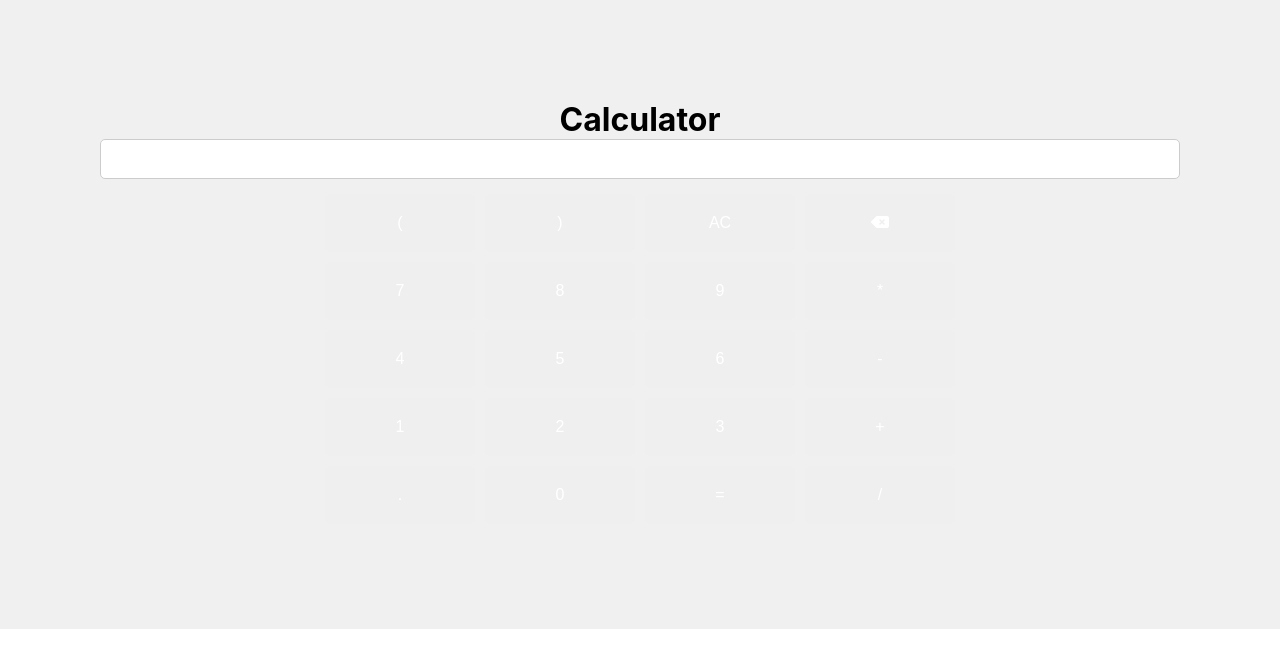
Repository: thesaherriaz/Calculator-React
Page: /
These files come from the project's save history. The page is drawn as it stood at one moment and after the next save; the edit follows.
The browser window is 1280 px wide. The pictures show the whole page.
The project was rebuilt for these pictures with package versions that can differ from the ones it lists, and the page was loaded fresh each time.

Above is the page before, as saved 2025-06-18 15:13:55.

### public/index.html
<!DOCTYPE html>
<html lang="en">
  <head>
    <meta charset="utf-8" />
    <link rel="icon" href="%PUBLIC_URL%/favicon.ico" />
    <meta name="viewport" content="width=device-width, initial-scale=1" />
    <meta name="theme-color" content="#000000" />
    <meta
      name="description"
      content="Web site created using create-react-app"
    />
    <link rel="apple-touch-icon" href="%PUBLIC_URL%/logo192.png" />
    <link rel="stylesheet" href="https://cdnjs.cloudflare.com/ajax/libs/font-awesome/6.0.0/css/all.min.css">
    <!--
      manifest.json provides metadata used when your web app is installed on a
      user's mobile device or desktop. See https://developers.google.com/web/fundamentals/web-app-manifest/
    -->
    <link rel="manifest" href="%PUBLIC_URL%/manifest.json" />
    <!--
      Notice the use of %PUBLIC_URL% in the tags above.
      It will be replaced with the URL of the `public` folder during the build.
      Only files inside the `public` folder can be referenced from the HTML.

      Unlike "/favicon.ico" or "favicon.ico", "%PUBLIC_URL%/favicon.ico" will
      work correctly both with client-side routing and a non-root public URL.
      Learn how to configure a non-root public URL by running `npm run build`.
    -->
    <title>React App</title>
  </head>
  <body>
    <noscript>You need to enable JavaScript to run this app.</noscript>
    <div id="root"></div>
    <!--
      This HTML file is a template.
      If you open it directly in the browser, you will see an empty page.

      You can add webfonts, meta tags, or analytics to this file.
      The build step will place the bundled scripts into the <body> tag.

      To begin the development, run `npm start` or `yarn start`.
      To create a production bundle, use `npm run build` or `yarn build`.
    -->
  </body>
</html>

### src/App.js
import React from 'react'
import Calculator from './compnents/Calculator'

function App() {
  return (
    <Calculator />
  )
}

export default App

### src/compnents/Calculator.jsx
import React from 'react'
import './Calculator.css'
function Calculator() {
  return (
    <>
        <div className="Calculator">
            <h1>Calculator</h1>
            <input className='input-box' type="text" name="input" id="input" />
            <div>
                <button className='btn-cal'>(</button>
                <button className='btn-cal'>)</button>
                <button className='btn-cal'>AC</button>
                <button className='btn-cal'><i class="fa-solid fa-delete-left"></i></button> <br />
                <button className='btn-cal'>7</button>
                <button className='btn-cal'>8</button>
                <button className='btn-cal'>9</button>
                <button className='btn-cal'>*</button> <br />
                <button className='btn-cal'>4</button>
                <button className='btn-cal'>5</button>
                <button className='btn-cal'>6</button>
                <button className='btn-cal'>-</button> <br />
                <button className='btn-cal'>1</button>
                <button className='btn-cal'>2</button>
                <button className='btn-cal'>3</button>
                <button className='btn-cal'>+</button> <br />
                <button className='btn-cal'>.</button>
                <button className='btn-cal'>0</button>
                <button className='btn-cal'>=</button>
                <button className='btn-cal'>/</button>
            </div>
        </div>
    </>
  )
}

export default Calculator

### src/compnents/Calculator.css
*{
    box-sizing: border-box;
    margin: 0;
    padding: 0;

}
.Calculator {
  display: flex;
  flex-direction: column;
  align-items: center;
  justify-content: center;
  /* height: 100vh; */
  background-color: #f0f0f0;
  padding: 100px;
}
.btn-cal{
  /* background-color: #23758c; */
  width: 150px;
  color: white;
  border: none;
  padding: 20px;
  font-size: 16px;
  cursor: pointer;
  border-radius: 5px;
  margin: 5px;
  transition: background-color 0.3s ease;
}

.input-box {
  width: 100%;
  padding: 10px;
  font-size: 16px;
  border: 1px solid #ccc;
  border-radius: 5px;
  margin-bottom: 10px;
}

Loaded but not shown: src/index.js (common file); src/index.css (common file); src/reportWebVitals.js (common file)

After the next save:
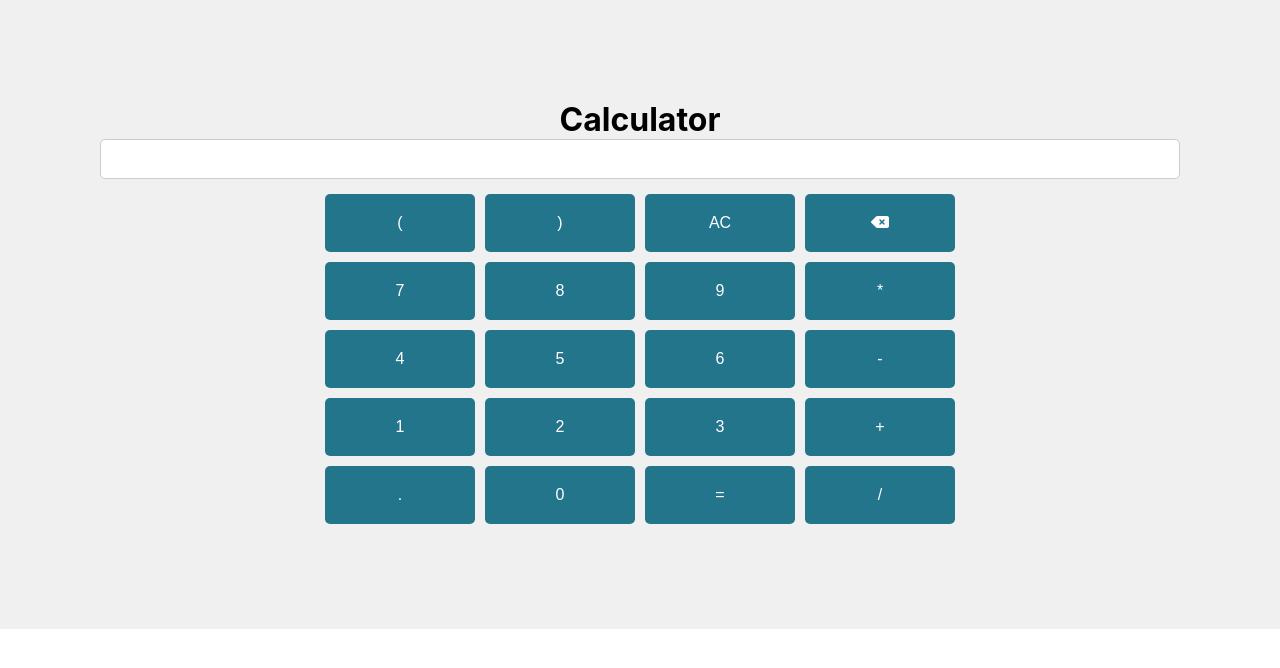
Saved 8 s later.
--- a/src/compnents/Calculator.css
+++ b/src/compnents/Calculator.css
@@ -14,7 +14,7 @@
   padding: 100px;
 }
 .btn-cal{
-  /* background-color: #23758c; */
+  background-color: #23758c;
   width: 150px;
   color: white;
   border: none;
